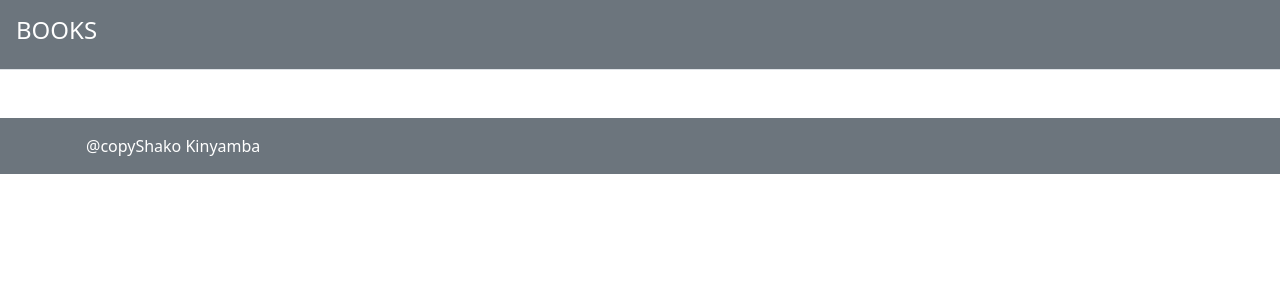
Repository: SKB-TECH/Books
Page: /
These files come from the project's save history. The page is drawn as it stood at one moment and after a run of saves; the edit follows.
The browser window is 1280 px wide. The pictures show the whole page.
The project was rebuilt for these pictures with package versions that can differ from the ones it lists, and the page was loaded fresh each time. Also part of the build but not shown: vite.config.js.

Above is the page before, as saved 2022-11-09 15:39:56.

After the next 3 saves:
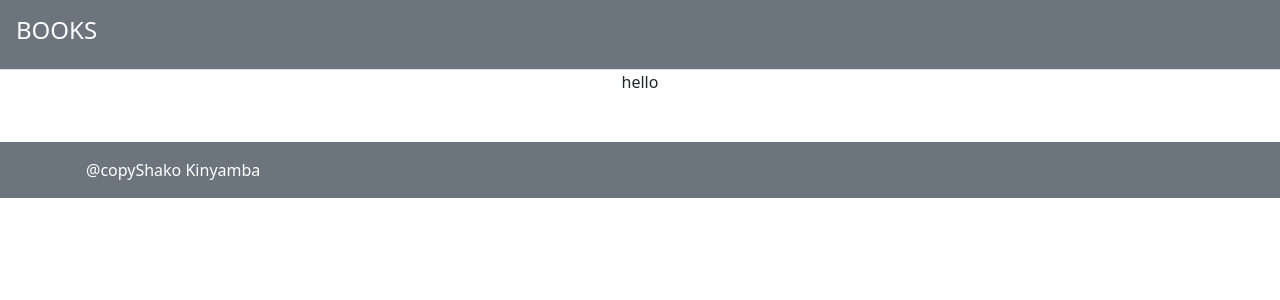
The 3 saves are shown as one change because they came seconds apart.
The last was saved 8 s later.
--- a/src/Containers/AddBooks.jsx
+++ b/src/Containers/AddBooks.jsx
@@ -4,8 +4,8 @@
     return (
         <main role="main">
             <div className='jumbotron jumbotron-fluid'>
-                <div className='container '>
-
+                <div className='container text-center'>
+                    hello
                 </div>
             </div>
         </main>

After the save that followed:
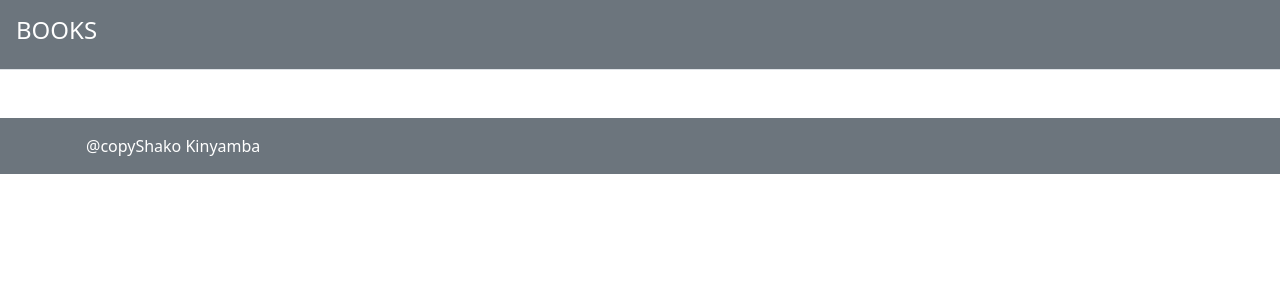
Saved 42 s later.
--- a/src/Containers/AddBooks.jsx
+++ b/src/Containers/AddBooks.jsx
@@ -5,7 +5,7 @@
         <main role="main">
             <div className='jumbotron jumbotron-fluid'>
                 <div className='container text-center'>
-                    hello
+
                 </div>
             </div>
         </main>
